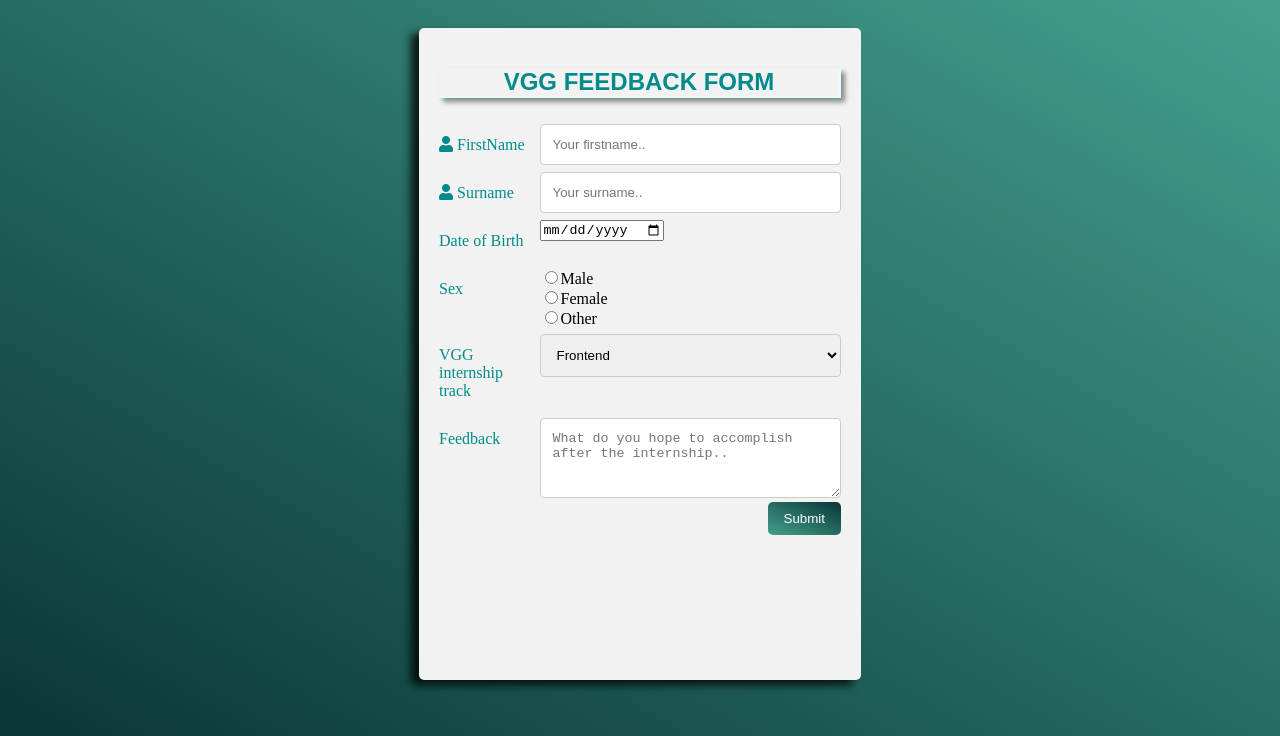
Repository: iphyokafor/VGG-Feedback-form
Page: index2.html
The author's editor kept a copy of each file at every save. The page is drawn from the files as they stood at one save, then again after the next save.
The browser window is 1280 px wide. The pictures show the whole page.
Some web libraries are served in a nearby version.

Above is the page before, as saved 2020-01-27 11:42:13.

After the next save:
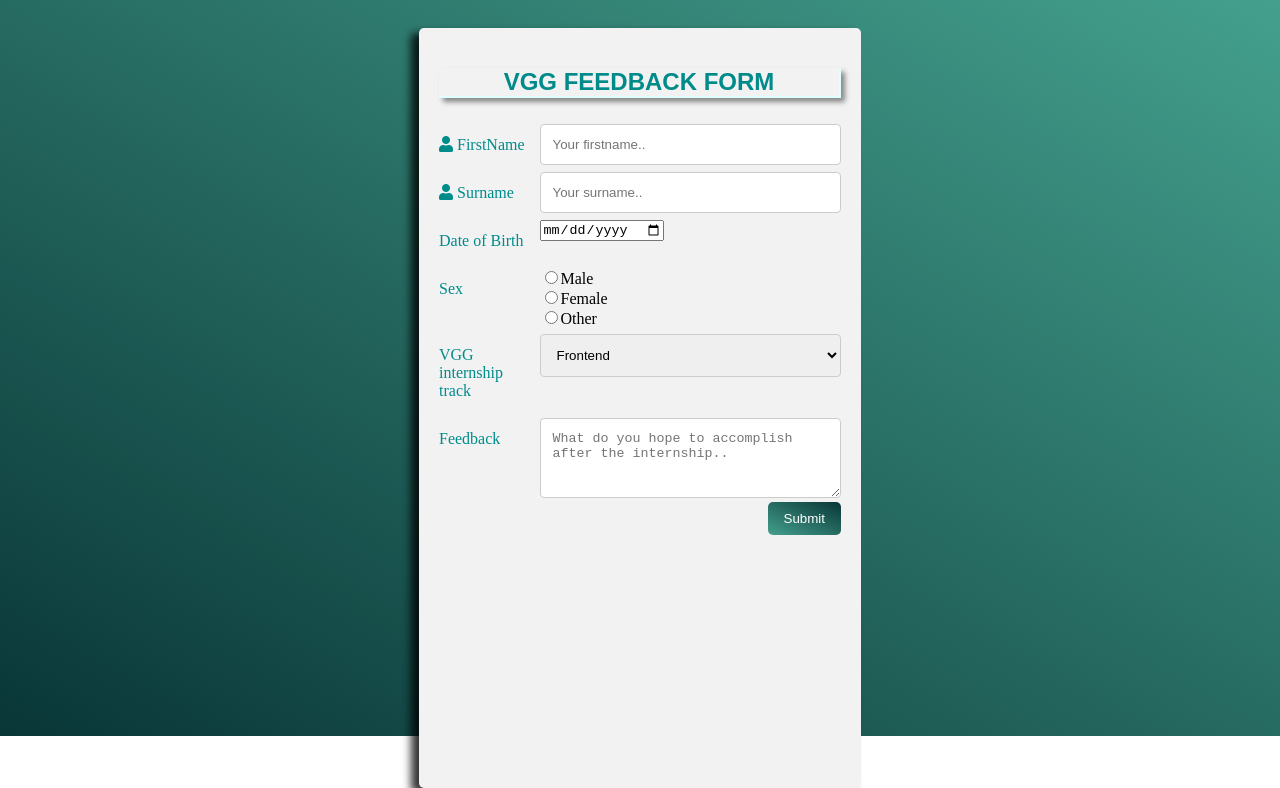
Saved 2 min 1 s later.
--- a/main.css
+++ b/main.css
@@ -55,7 +55,7 @@
 /* Style the container */
 
 .container {
-    height: 85vh;
+    height: 100vh;
     margin-top: 20px;
     border-radius: 5px;
     background-color: #f2f2f2;

After the 2 saves that followed:
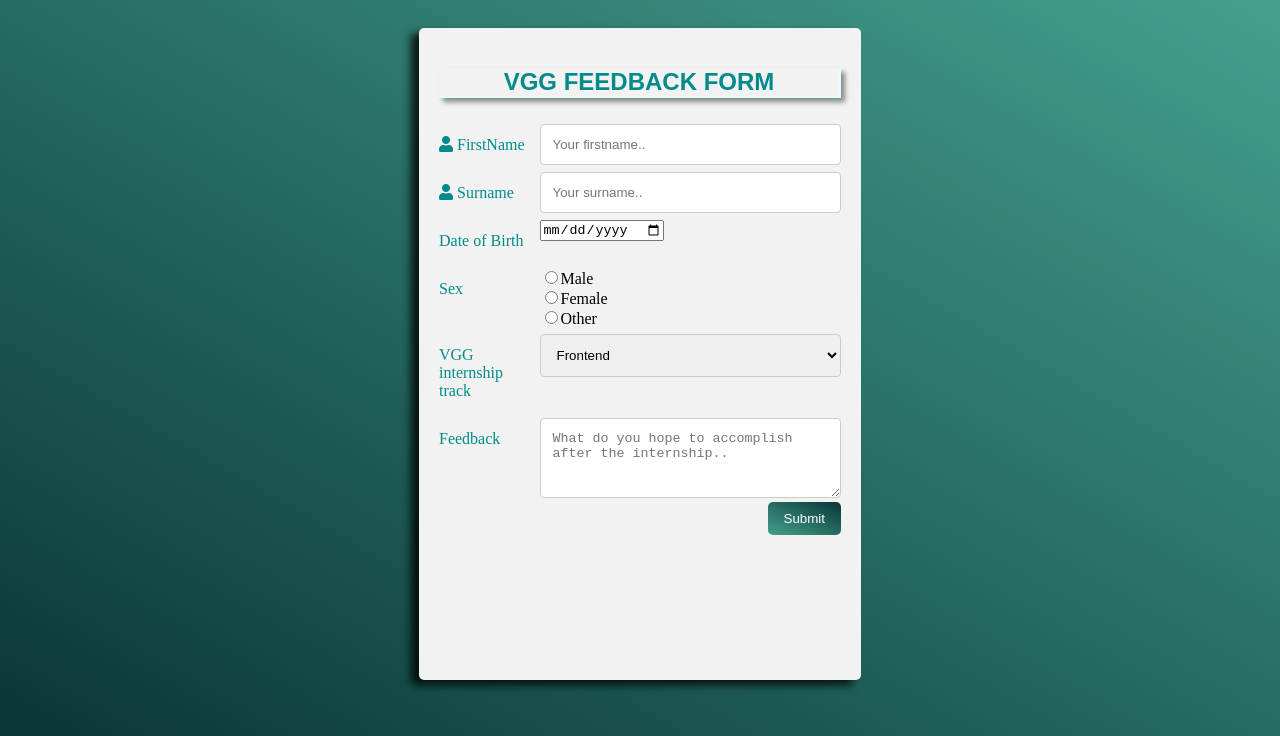
The 2 saves are shown as one change because 1 left the picture as it was.
The last was saved 46 s later.
--- a/main.css
+++ b/main.css
@@ -55,7 +55,7 @@
 /* Style the container */
 
 .container {
-    height: 100vh;
+    height: 85vh;
     margin-top: 20px;
     border-radius: 5px;
     background-color: #f2f2f2;
